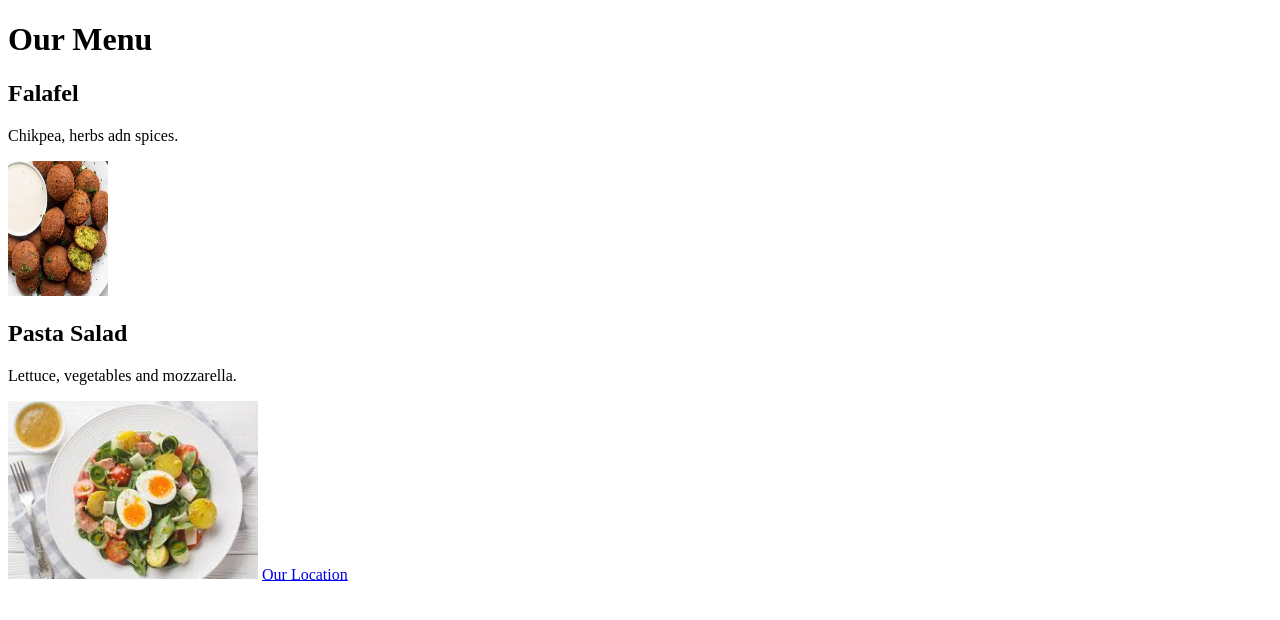
Repository: GiraldoNainggolan/Meta-Coursera
Page: Pengembang Front-End Meta/Modul 2/Mencoba/index.html
The author's editor kept a copy of each file at every save. The page is drawn from the files as they stood at one save, then again after a run of saves.
The browser window is 1280 px wide. The pictures show the whole page.

Above is the page before, as saved 2025-01-26 00:08:59.

### Pengembang Front-End Meta/Modul 2/Mencoba/index.html
<!DOCTYPE html>
<html>
    <head>
        <title> Title Lemon</title>
    </head>
    <body>
        <h1>Our Menu</h1>
        <h2>Falafel</h2>
        <p>Chikpea, herbs adn spices.</p>
        <img src="falavel.jpg" alt="gambar" width="100px" height="135">
        <h2>Pasta Salad</h2>
        <p>Lettuce, vegetables and mozzarella.</p>
        <img src="salad.jpg" alt="Salad" width="250">
        <a href="location.html">Our Location</a>
    </body>
</html>

After the next 2 saves:
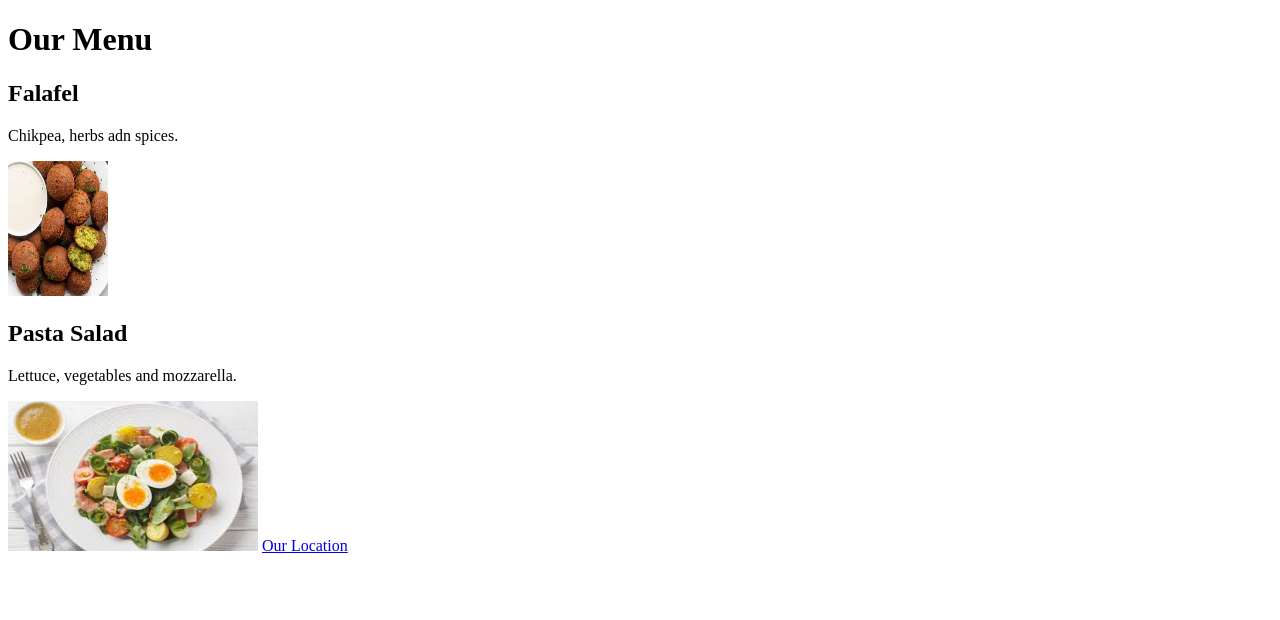
The 2 saves are shown as one change because they came seconds apart.
The last was saved 8 s later.
--- a/Pengembang Front-End Meta/Modul 2/Mencoba/index.html
+++ b/Pengembang Front-End Meta/Modul 2/Mencoba/index.html
@@ -10,7 +10,7 @@
         <img src="falavel.jpg" alt="gambar" width="100px" height="135">
         <h2>Pasta Salad</h2>
         <p>Lettuce, vegetables and mozzarella.</p>
-        <img src="salad.jpg" alt="Salad" width="250">
+        <img src="salad.jpg" alt="Salad" width="250" height="150">
         <a href="location.html">Our Location</a>
     </body>
 </html>
